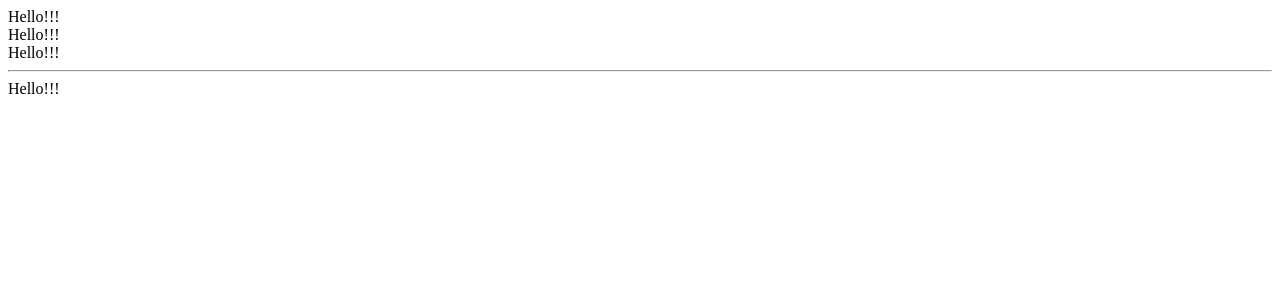
Repository: shinsil0601/webstudy
Page: 03_JavaScript/src/main/webapp/day02/ex05_function.html
The author's editor kept a copy of each file at every save. The page is drawn from the files as they stood at one save, then again after the next save.
The browser window is 1280 px wide. The pictures show the whole page.

Above is the page before, as saved 2023-06-28 02:15:23.

After the next save:
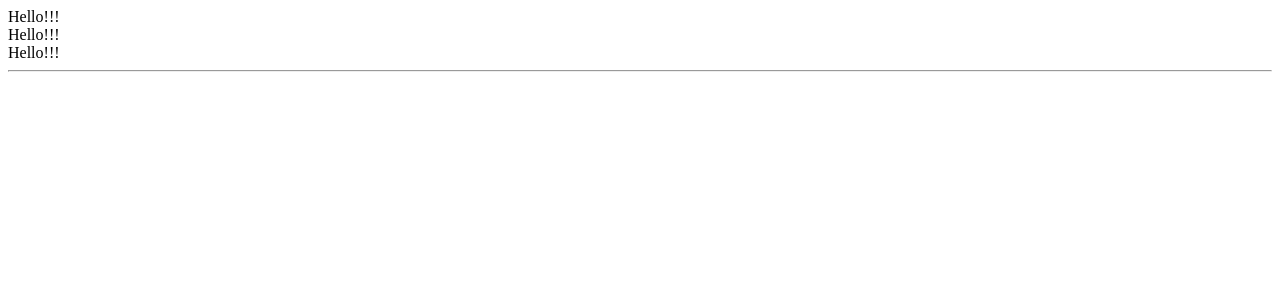
Saved 57 s later.
--- a/03_JavaScript/src/main/webapp/day02/ex05_function.html
+++ b/03_JavaScript/src/main/webapp/day02/ex05_function.html
@@ -18,7 +18,13 @@
 		document.write("<hr>");
 </script>
 <script type="text/javascript">
-	test1();
+	//test1(); 호출가능
+	var test2 = function() {
+		document.write("Hi~~~<br>");
+	}
+	var test2 = function() {
+		document.write("Hello!!!<br>");
+	}
 </script>
 </head>
 <body>
